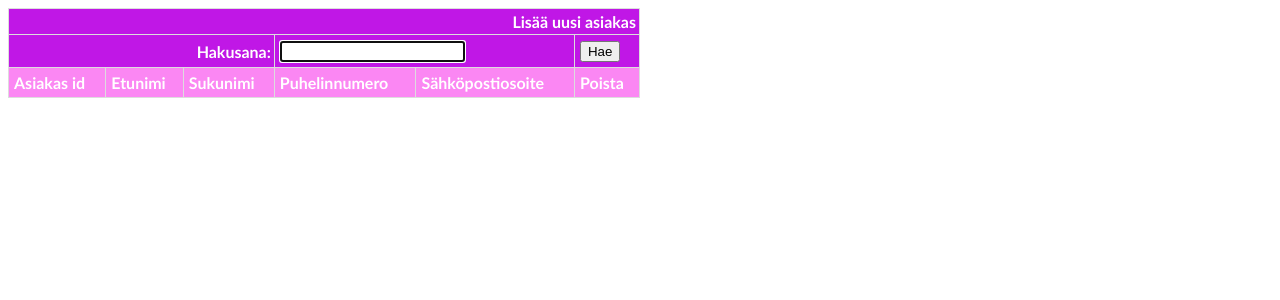
Repository: varispau/asiakas-listaus
Page: http://localhost/AsiakasListaus/listaaasiakkaat.jsp
An editor plug-in stored every save of this project. The page is shown before and after the next save, followed by the edit.
The browser window is 1280 px wide. The pictures show the whole page.
The page is served by Tomcat 10. Other server files are loaded and not shown.

Above is the page before, as saved 2022-04-29 18:26:11.

### AsiakasListaus/src/main/webapp/listaaasiakkaat.jsp
<%@ page language="java" contentType="text/html; charset=ISO-8859-1"
    pageEncoding="ISO-8859-1"%>
<!DOCTYPE html>
<html>
<head>
<meta charset="ISO-8859-1">
<script src="https://ajax.googleapis.com/ajax/libs/jquery/3.4.1/jquery.min.js"></script>
<link rel="stylesheet" type="text/css" href="css/main.css">
<title>Asiakaslistaus ja haku</title>

</head>
<body>
<table id="listaus">
	<thead>
	<tr>
			<th colspan="6" class="oikealle"><span id="uusiAsiakas">Lisää uusi asiakas</span></th>
		</tr>
		<tr>
			<th class="oikealle" colspan="3">Hakusana:</th>
			<th class="vasemmalletumma" colspan="2"><input type="text" id="hakusana"></th>
			<th class="vasemmalletumma"><input type="button" value="Hae" id="hakunappi"></th>
		</tr>
		<tr>
			<th class="vasemmalle">Asiakas id</th>
			<th class="vasemmalle">Etunimi</th>
			<th class="vasemmalle">Sukunimi</th>
			<th class="vasemmalle">Puhelinnumero</th>
			<th class="vasemmalle">Sähköpostiosoite</th>
			<th class="vasemmalle">Poista</th>
		</tr>
	</thead>
	<tbody>
	</tbody>
</table>
<script>
$(document).ready(function(){

	$("#uusiAsiakas").click(function(){
		document.location="lisaaasiakas.jsp";
	});

	haeAsiakkaat();
	$("#hakunappi").click(function(){
		haeAsiakkaat();
	});
	$(document.body).on("keydown", function(event){
		  if(event.which==13){ //Enteriä painettu, ajetaan haku
			  haeAsiakkaat();
		  }
	});
	$("#hakusana").focus();//viedään kursori hakusana-kenttään sivun latauksen yhteydessä
});

function haeAsiakkaat(){
	$("#listaus tbody").empty();
	$.ajax({url:"asiakkaat/"+$("#hakusana").val(), type:"GET", dataType:"json", success:function(result){//Funktio palauttaa tiedot json-objektina
		$.each(result.asiakkaat, function(i, field){
        	var htmlStr;
        	htmlStr+="<tr>";
        	htmlStr+="<td>"+field.asiakasid+"</td>"
        	htmlStr+="<td>"+field.etunimi+"</td>";
        	htmlStr+="<td>"+field.sukunimi+"</td>";
        	htmlStr+="<td>"+field.puhelin+"</td>";
        	htmlStr+="<td>"+field.sposti+"</td>";
        	htmlStr+="<td><span class='poista' onclick=poista('"+field.asiakasid+"')>Poista</span></td>";
        	htmlStr+="</tr>";
        	$("#listaus tbody").append(htmlStr);
        });
    }});
}

</script>
</body>
</html>

### AsiakasListaus/src/main/webapp/css/main.css
@charset "ISO-8859-1";
table {
  font-family: "Trebuchet MS", Arial, Helvetica, sans-serif;
  border-collapse: collapse;
  width: 50%;
}

table td, table th {
  border: 1px solid #ddd;
  padding: 8px;
}

table tbody tr:nth-child(even){background-color: #f2f2f2;}

table tbody tr:hover {background-color: #ddd;}

table th {
  padding-top: 12px;
  padding-bottom: 12px;
  text-align: left;
  color: white;
  background-color: rgba(192, 23, 230);
  }

.oikealle{
	text-align: right;
	color: white;
	background-color: rgba(192, 23, 230);
	padding: 3px;
}

.vasemmalletumma{
	text-align: left;
	background-color: rgba(192, 23, 230);
	padding: 5px;
}

.vasemmalle{
	text-align: left;
	background-color: rgba(246, 6, 229, 0.48);
	padding: 5px;
}

.poista{
	color: red;
	text-decoration: underline;
	cursor: pointer;
}

#uusiAsiakas, #takaisin{
	color: white;
	cursor: pointer;
}

### AsiakasListaus/src/main/java/control/Asiakkaat.java
package control;

import jakarta.servlet.ServletException;
import jakarta.servlet.annotation.WebServlet;
import jakarta.servlet.http.HttpServlet;
import jakarta.servlet.http.HttpServletRequest;
import jakarta.servlet.http.HttpServletResponse;
import model.Asiakas;
import model.dao.Dao;
import java.io.IOException;
import java.io.PrintWriter;
import java.util.ArrayList;
import org.json.JSONObject;

@WebServlet ("/asiakkaat/*")
public class Asiakkaat extends HttpServlet {
	private static final long serialVersionUID = 1L;

    public Asiakkaat() {
        super();
        System.out.println("Asiakkaat.Asiakkaat()");
    }

	protected void doGet(HttpServletRequest request, HttpServletResponse response) throws ServletException, IOException {
		System.out.println("Asiakkaat.doGet()");
		String pathInfo = request.getPathInfo();	//haetaan kutsun polkutiedot
		System.out.println("polku: "+pathInfo);
		String hakusana = pathInfo.replace("/", "");
		Dao dao = new Dao();
		ArrayList<Asiakas> asiakkaat = dao.listaaKaikki(hakusana);
		System.out.println(asiakkaat);
		String strJSON = new JSONObject().put("asiakkaat", asiakkaat).toString();
		response.setContentType("application/json");
		PrintWriter out = response.getWriter();
		out.println(strJSON);
	}


	protected void doPost(HttpServletRequest request, HttpServletResponse response) throws ServletException, IOException {
		System.out.println("Asiakkaat.doPost()");
		JSONObject jsonObj = new JsonStrToObj().convert(request); //Muutetaan kutsun mukana tuleva json-string json-objektiksi
		Asiakas asiakas = new Asiakas();
		asiakas.setEtunimi(jsonObj.getString("etunimi"));
		asiakas.setSukunimi(jsonObj.getString("sukunimi"));
		asiakas.setPuhelin(jsonObj.getString("puhelin"));
		asiakas.setSposti(jsonObj.getString("sposti"));
		response.setContentType("application/json");
		PrintWriter out = response.getWriter();
		Dao dao = new Dao();
		if(dao.lisaaAsiakas(asiakas)){ //metodi palauttaa true/false
			out.println("{\"response\":1}");  //asiakkaan lisääminen onnistui {"response":1}
		}else{
			out.println("{\"response\":0}");  //asiakkaan lisääminen epäonnistui {"response":0}
		}
	}

	protected void doPut(HttpServletRequest request, HttpServletResponse response) throws ServletException, IOException {
		System.out.println("Asiakkaat.doPut()");
	}

	protected void doDelete(HttpServletRequest request, HttpServletResponse response) throws ServletException, IOException {
		System.out.println("Asiakkaat.doDelete()");
		String pathInfo = request.getPathInfo();	//haetaan kutsun polkutiedot
		System.out.println("polku: "+pathInfo);
		String asikasid = pathInfo.replace("/", "");
		int poistettavaId=Integer.parseInt(asikasid);
		response.setContentType("application/json");
		PrintWriter out = response.getWriter();
		Dao dao = new Dao();
		if(dao.poistaAsiakas(poistettavaId)){ //metodi palauttaa true/false
			out.println("{\"response\":1}");  //asiakkaan poistaminen onnistui {"response":1}
		}else{
			out.println("{\"response\":0}");  //asiakkaan poistaminen epäonnistui {"response":0}
		}
	}
}

### AsiakasListaus/src/main/java/model/dao/Dao.java
package model.dao;

import java.sql.Connection;
import java.sql.DriverManager;
import java.sql.PreparedStatement;
import java.sql.ResultSet;
import java.util.ArrayList;
import model.Asiakas;

public class Dao {
	private Connection con=null;
	private ResultSet rs = null;
	private PreparedStatement stmtPrep=null;
	private String sql;
	private String db ="Myynti.sqlite";

	private Connection yhdista(){
    	Connection con = null;
    	String path = System.getProperty("catalina.base");
    	path = path.substring(0, path.indexOf(".metadata")).replace("\\", "/");
    	String url = "jdbc:sqlite:"+path+db;
    	try {
    		Class.forName("org.sqlite.JDBC");
	        con = DriverManager.getConnection(url);
	        System.out.println("Yhteys avattu.");
	     }catch (Exception e){
	    	 System.out.println("Yhteyden avaus epäonnistui.");
	        e.printStackTrace();
	     }
	     return con;
	}

	public ArrayList<Asiakas> listaaKaikki(){
		ArrayList<Asiakas> asiakkaat = new ArrayList<Asiakas>();
		sql = "SELECT * FROM asiakkaat";
		try {
			con=yhdista();
			if(con!=null){ //jos yhteys onnistui
				stmtPrep = con.prepareStatement(sql);
        		rs = stmtPrep.executeQuery();
				if(rs!=null){ //jos kysely onnistui
					while(rs.next()){
						Asiakas asiakas = new Asiakas();
						asiakas.setAsiakasid(rs.getInt(1));
						asiakas.setEtunimi(rs.getString(2));
						asiakas.setSukunimi(rs.getString(3));
						asiakas.setPuhelin(rs.getString(4));
						asiakas.setSposti(rs.getString(5));
						asiakkaat.add(asiakas);
					}
				}
			}
			con.close();
		} catch (Exception e) {
			e.printStackTrace();
		}
		return asiakkaat;
	}

	public ArrayList<Asiakas> listaaKaikki(String hakusana){
		ArrayList<Asiakas> asiakkaat = new ArrayList<Asiakas>();
		sql = "SELECT * FROM asiakkaat WHERE etunimi LIKE ? or sukunimi LIKE ? or puhelin LIKE ? or sposti LIKE ?";
		try {
			con=yhdista();
			if(con!=null){ //jos yhteys onnistui
				stmtPrep = con.prepareStatement(sql);
				stmtPrep.setString(1, "%" + hakusana + "%");
				stmtPrep.setString(2, "%" + hakusana + "%");
				stmtPrep.setString(3, "%" + hakusana + "%");
				stmtPrep.setString(4, "%" + hakusana + "%");
        		rs = stmtPrep.executeQuery();
				if(rs!=null){ //jos kysely onnistui
					while(rs.next()){
						Asiakas asiakas = new Asiakas();
						asiakas.setAsiakasid(rs.getInt(1));
						asiakas.setEtunimi(rs.getString(2));
						asiakas.setSukunimi(rs.getString(3));
						asiakas.setPuhelin(rs.getString(4));
						asiakas.setSposti(rs.getString(5));
						asiakkaat.add(asiakas);
					}
				}
			}
			con.close();
		} catch (Exception e) {
			e.printStackTrace();
		}
		return asiakkaat;
	}

	public boolean lisaaAsiakas(Asiakas asiakas){
		boolean paluuArvo=true;
		sql="INSERT INTO asiakkaat (etunimi, sukunimi, puhelin, sposti) VALUES (?,?,?,?)";
		try {
			con = yhdista();
			stmtPrep=con.prepareStatement(sql);
			stmtPrep.setString(1, asiakas.getEtunimi());
			stmtPrep.setString(2, asiakas.getSukunimi());
			stmtPrep.setString(3, asiakas.getPuhelin());
			stmtPrep.setString(4, asiakas.getSposti());
			stmtPrep.executeUpdate();
	        con.close();
		} catch (Exception e) {
			e.printStackTrace();
			paluuArvo=false;
		}
		return paluuArvo;
	}

	public boolean poistaAsiakas(int asikasid){
		boolean paluuArvo=true;
		sql="DELETE FROM asiakkaat WHERE asikas_id=?";
		try {
			con = yhdista();
			stmtPrep=con.prepareStatement(sql);
			stmtPrep.setInt(1, asikasid);
			stmtPrep.executeUpdate();
	        con.close();
		} catch (Exception e) {
			e.printStackTrace();
			paluuArvo=false;
		}
		return paluuArvo;
	}
}

After the next save:
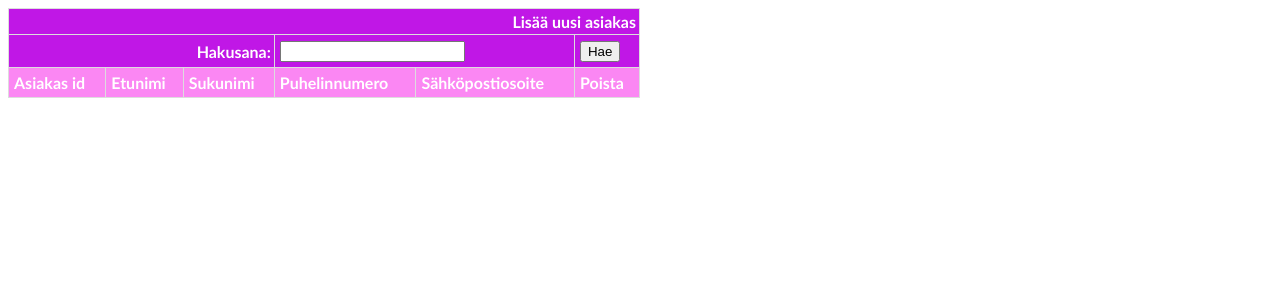
Console error: SyntaxError: Unexpected end of input
Saved 6 min 55 s later.
--- a/AsiakasListaus/src/main/webapp/listaaasiakkaat.jsp
+++ b/AsiakasListaus/src/main/webapp/listaaasiakkaat.jsp
@@ -69,6 +69,19 @@ function haeAsiakkaat(){
     }});
 }
 
+function poista(asiakasid){
+	if(confirm("Poista asiakas " + asiakasid +"?")){
+		$.ajax({url:"asiakkaat/"+asiakasid, type:"DELETE", dataType:"json", success:function(result) { //result on joko {"response:1"} tai {"response:0"}
+	        if(result.response==0){
+	        	$("#ilmo").html("Asiakkaan poisto epäonnistui.");
+	        }else if(result.response==1){
+	        	$("#rivi_"+asiakasid).css("background-color", "red"); //Värjätään poistetun asiakkaan rivi
+	        	alert("Asiakkaan " + asiakasid +" poisto onnistui.");
+				haeAsiakkaat();
+			}
+	    }});
+	}
+
 </script>
 </body>
 </html>
